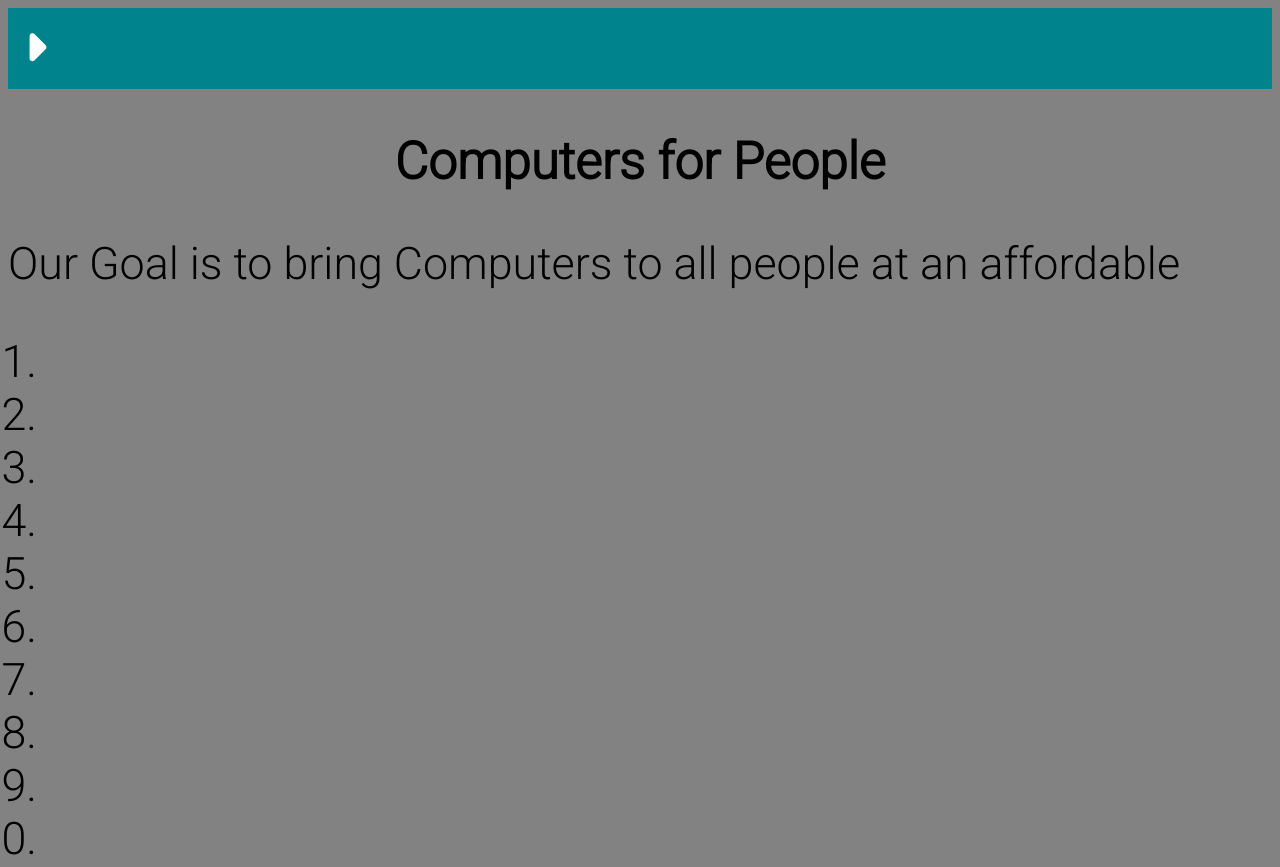
Repository: thecptwaffles/cfp-Website
Page: index.html
An editor plug-in stored every save of this project. The page is shown before and after the next save, followed by the edit.
The browser window is 1280 px wide. The pictures show the part of the page from y = 0 to 867 px (the page is 1927 px tall before and 1904 px after).
A picture or video elsewhere on the page could not be fetched, so the positions and the page height are approximate. Some web fonts or font styles are not loaded; a fallback is used. Some web libraries are served in a nearby version.

Above is the page before, as saved 2022-07-02 12:21:56.

### index.html
<!DOCTYPE html>
<html lang="en">

<head>
    <meta charset="UTF-8">
    <meta http-equiv="X-UA-Compatible" content="IE=edge">
    <meta name="viewport" content="width=device-width, initial-scale=1.0">
    <title>CFP</title>
    <link rel="shortcut icon" href="./content/favicon.png" type="image/x-icon">
    <link rel="stylesheet" href="style.css">
    <script defer src="./app.js"></script>
    <link rel="stylesheet" href="https://cdnjs.cloudflare.com/ajax/libs/font-awesome/6.1.1/css/all.min.css"
        integrity="sha512-KfkfwYDsLkIlwQp6LFnl8zNdLGxu9YAA1QvwINks4PhcElQSvqcyVLLD9aMhXd13uQjoXtEKNosOWaZqXgel0g=="
        crossorigin="anonymous" referrerpolicy="no-referrer" />
</head>

<body>
    <nav class="navbar">
        <div class="dropdown">
            <button class="dropbtn">
                <i class="fa fa-caret-right"></i>
            </button>
            <div class="dropdown-content">
                <a href="#info">Info</a>
                <a href="#Pricing">Pricing</a>
                <a href="#gallery">Gallery</a>
                <a href="#contact">Contact</a>
            </div>
        </div>
    </nav>

    <nav id="info">
        <h1>Computers for People</h1>
        <p>Our Goal is to bring Computers to all people at an affordable</p>
    </nav>

    <div id="pricing">
        <ol>
            <li class="pricingItems"></li>
            <li class="pricingItems"></li>
            <li class="pricingItems"></li>
            <li class="pricingItems"></li>
            <li class="pricingItems"></li>
            <li class="pricingItems"></li>
            <li class="pricingItems"></li>
            <li class="pricingItems"></li>
            <li class="pricingItems"></li>
            <li class="pricingItems"></li>
        </ol>
    </div>

    <div id="gallery">
        <!-- Slideshow container -->
        <div class="slideshow-container">

            <!-- Full-width images with number and caption text -->
            <div class="mySlides fade">
                <div class="numbertext">1 / 3</div>
                <img src="https://external-content.duckduckgo.com/iu/?u=https%3A%2F%2Fnews-cdn.softpedia.com%2Fimages%2Fnews2%2Fpurism-announces-the-librem-mini-v2-linux-computer-531441-2.png&f=1&nofb=1"
                    style="width:100%">
                <div class="text">Mini Computers</div>
            </div>

            <div class="mySlides fade">
                <div class="numbertext">2 / 3</div>
                <img src="https://external-content.duckduckgo.com/iu/?u=https%3A%2F%2Fwww.lifewire.com%2Fthmb%2FKva_3748K4QqSqev8E5ATvaA7As%3D%2F1079x1500%2Ffilters%3Afill(auto%2C1)%2FIdeaCentre-K450-57126dea5f9b588cc2f1bf8b.jpg&f=1&nofb=1"
                    style="width:100%">
                <div class="text">desktop Computers</div>
            </div>

            <div class="mySlides fade">
                <div class="numbertext">3 / 3</div>
                <img src="https://external-content.duckduckgo.com/iu/?u=https%3A%2F%2F4.bp.blogspot.com%2F-PbcAZcJ3oKw%2FUEyTb6Rh62I%2FAAAAAAAAAAQ%2FhPSSOGPyAHI%2Fs1600%2F10180035-9289-4e73-ba85-dd657fd26de1_SN002ComputerTypeNew.jpg&f=1&nofb=1"
                    style="width:100%">
                <div class="text">Laptops</div>
            </div>

            <!-- Next and previous buttons -->
            <a class="prev fa-solid fa-caret-left" onclick="plusSlides(-1)"></a>
            <a class="next fa fa-caret-right" onclick="plusSlides(1)"></a>
        </div>
        <br>

        <!-- The dots/circles -->
        <div style="text-align:center">
            <span class="dot" onclick="currentSlide(1)"></span>
            <span class="dot" onclick="currentSlide(2)"></span>
            <span class="dot" onclick="currentSlide(3)"></span>
        </div>
    </div>

    <div id="contact">
        <h1>Contact</h1>
        <i class="fa-solid fa-paper-plane"></i>
    </div>

</body>

</html>

### style.css
@import url('https://fonts.googleapis.com/css2?family=Gentium+Book+Plus&family=Roboto:wght@300&display=swap');

:root {
    --primClr: #828282;
    --secClr: #00838d;
    --accentClr: #7fd1ae;
    --primFont: 'Roboto', sans-serif;
    --secFont: 'Gentium Book Plus', serif;
    scroll-behavior: smooth;
}

body {
    background-color: var(--primClr);
}

#info h1 {
    font-size: 4vw;
    font-family: var(--primFont);
    text-align: center;
}

#info p {
    font-size: 3.5vw;
    font-family: var(--primFont);
}

#contact i {
    font-size: 3vw;
    text-align: center;
}

#contact i {
    display: flex;
    align-items: center;
    justify-content: center;
    padding-top: 50px;
}

#contact h1 {
    font-size: 4vw;
    font-family: var(--primFont);
    text-align: center;
}

#pricing {
    font-family: var(--primFont);
    font-size: 3.5vw;
}

/* code from W3schools*/

div.gallery {
    margin: 5px;
    border: 1px solid #ccc;
    float: left;
    width: 180px;
}

div.gallery:hover {
    border: 3px solid #777;
}

div.gallery img {
    width: 100%;
    height: auto;
}

.dropbtn:hover {
    transform: rotate(90deg);
    -webkit-transform: rotate(90deg);
    -moz-transform: rotate(90deg);
    -ms-transform: rotate(90deg);
    -o-transform: rotate(90deg);
}


/* Navbar container */
.navbar {
    overflow: hidden;
    background-color: var(--secClr);
    font-family: var(--primFont);
}

/* Links inside the navbar */
.navbar a {
    float: left;
    font-size: 16px;
    color: white;
    text-align: center;
    padding: 14px 16px;
    text-decoration: none;
}

/* The dropdown container */
.dropdown {
    float: left;
    overflow: hidden;
}

/* Dropdown button */
.dropdown .dropbtn {
    font-size: 3.5vw;
    border: none;
    outline: none;
    color: white;
    padding: 14px 16px;
    background-color: inherit;
    font-family: inherit;
    /* Important for vertical align on mobile phones */
    margin: 0;
    /* Important for vertical align on mobile phones */
}


/* Dropdown content (hidden by default) */
.dropdown-content {
    display: none;
    position: absolute;
    background-color: var(--secClr);
    min-width: 160px;
    box-shadow: 0px 8px 16px 0px rgba(0, 0, 0, 0.2);
    z-index: 1;
}

/* Links inside the dropdown */
.dropdown-content a {
    float: none;
    color: white;
    padding: 12px 16px;
    text-decoration: none;
    display: block;
    text-align: left;
    font-family: var(--secFont);
    font-size: 2vw;
}

/* Add a dark background color to dropdown links on hover */
.dropdown-content a:hover {
    background-color: #242e35;
}

/* Show the dropdown menu on hover */
.dropdown:hover .dropdown-content {
    display: block;
}

/* The grid: Four equal columns that floats next to each other */
.column {
    float: left;
    width: 25%;
    padding: 10px;
}

/* Style the images inside the grid */
.column img {
    opacity: 0.8;
    cursor: pointer;
}

.column img:hover {
    opacity: 1;
}

/* Clear floats after the columns */
.row:after {
    content: "";
    display: table;
    clear: both;
}

/* The expanding image container (positioning is needed to position the close button and the text) */
.container {
    position: relative;
    display: none;
}

/* Expanding image text */
#imgtext {
    position: absolute;
    bottom: 15px;
    left: 15px;
    color: white;
    font-size: 20px;
}

/* Closable button inside the image */
.closebtn {
    position: absolute;
    top: 10px;
    right: 15px;
    color: white;
    font-size: 35px;
    cursor: pointer;
}

* {
    box-sizing: border-box
}

/* Slideshow container */
.slideshow-container {
    max-width: 1000px;
    position: relative;
    margin: auto;
}

/* Hide the images by default */
.mySlides {
    display: none;
}

/* Next & previous buttons */
.prev,
.next {
    cursor: pointer;
    position: absolute;
    top: 50%;
    width: auto;
    margin-top: -22px;
    padding: 16px;
    color: rgb(43, 43, 43);
    font-weight: bold;
    font-size: 18px;
    transition: 0.6s ease;
    border-radius: 0 3px 3px 0;
    user-select: none;
    -webkit-transition: 0.6s ease;
    -moz-transition: 0.6s ease;
    -ms-transition: 0.6s ease;
    -o-transition: 0.6s ease;

}

/* Position the "next button" to the right */
.next {
    right: 0;
    border-radius: 3px 0 0 3px;
}

/* On hover, add a black background color with a little bit see-through */
.prev:hover,
.next:hover {
    background-color: rgba(112, 112, 112, 0.8);
}

/* Caption text */
.text {
    color: black;
    font-size: 4vw;
    padding: 8px 12px;
    position: absolute;
    bottom: 8px;
    width: 100%;
    text-align: center;
    font-family: var(--secFont);
}

/* Number text (1/3 etc) */
.numbertext {
    color: black;
    font-size: 4vw;
    padding: 8px 12px;
    position: absolute;
    top: 0;
}

/* The dots/bullets/indicators */
.dot {
    cursor: pointer;
    height: 15px;
    width: 15px;
    margin: 0 2px;
    background-color: #bbb;
    border-radius: 50%;
    display: inline-block;
    transition: background-color 0.6s ease;
}

.active,
.dot:hover {
    background-color: #717171;
}

/* Fading animation */
.fade {
    animation-name: fade;
    animation-duration: 1.5s;
}

@keyframes fade {
    from {
        opacity: .4
    }

    to {
        opacity: 1
    }
}

### app.js
let slideIndex = 1;
showSlides(slideIndex);

// Next/previous controls
function plusSlides(n) {
    showSlides(slideIndex += n);
}

// Thumbnail image controls
function currentSlide(n) {
    showSlides(slideIndex = n);
}

function showSlides(n) {
    let i;
    let slides = document.getElementsByClassName("mySlides");
    let dots = document.getElementsByClassName("dot");
    if (n > slides.length) {
        slideIndex = 1
    }
    if (n < 1) {
        slideIndex = slides.length
    }
    for (i = 0; i < slides.length; i++) {
        slides[i].style.display = "none";
    }
    for (i = 0; i < dots.length; i++) {
        dots[i].className = dots[i].className.replace(" active", "");
    }
    slides[slideIndex - 1].style.display = "block";
    dots[slideIndex - 1].className += " active";
}

After the next save:
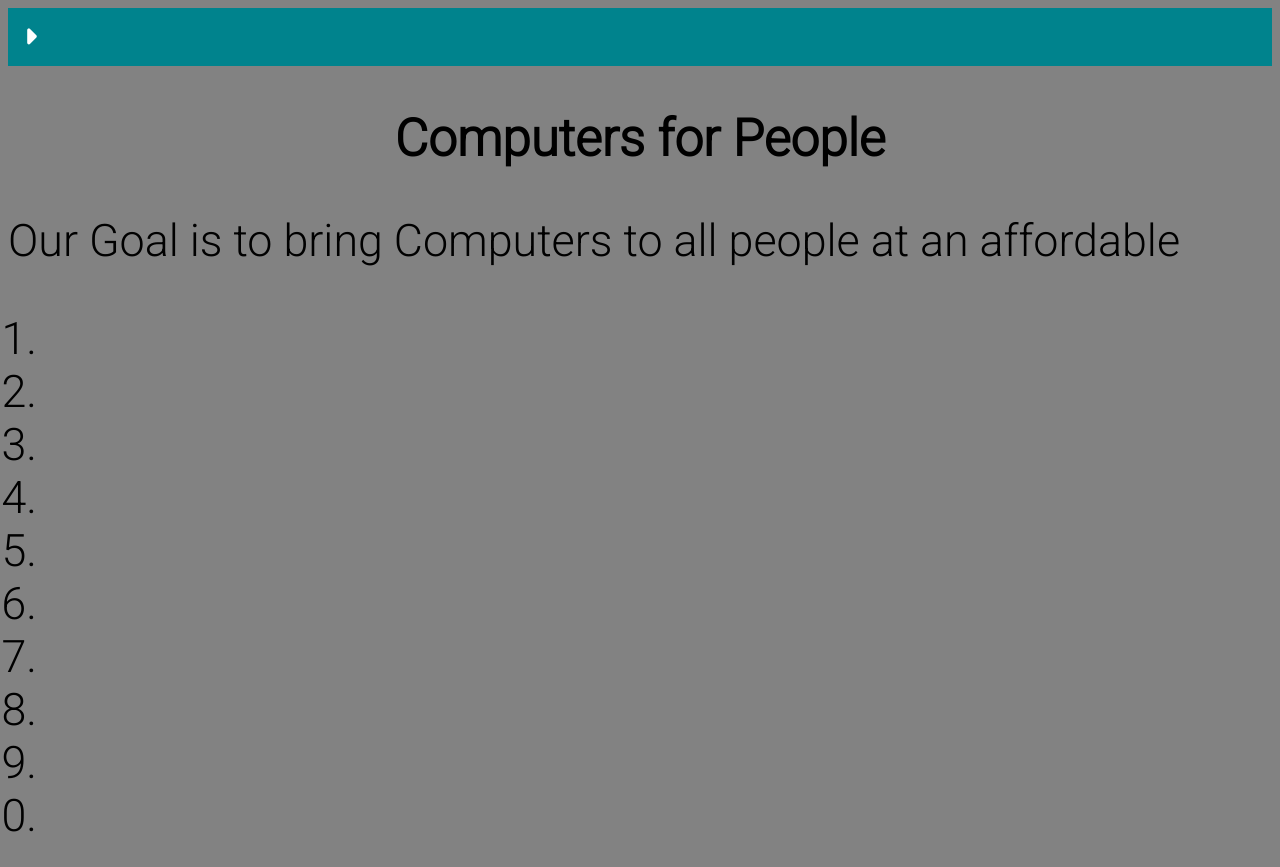
Saved 93 s later.
--- a/style.css
+++ b/style.css
@@ -99,7 +99,7 @@ div.gallery img {
 
 /* Dropdown button */
 .dropdown .dropbtn {
-    font-size: 3.5vw;
+    font-size: 2vw;
     border: none;
     outline: none;
     color: white;
